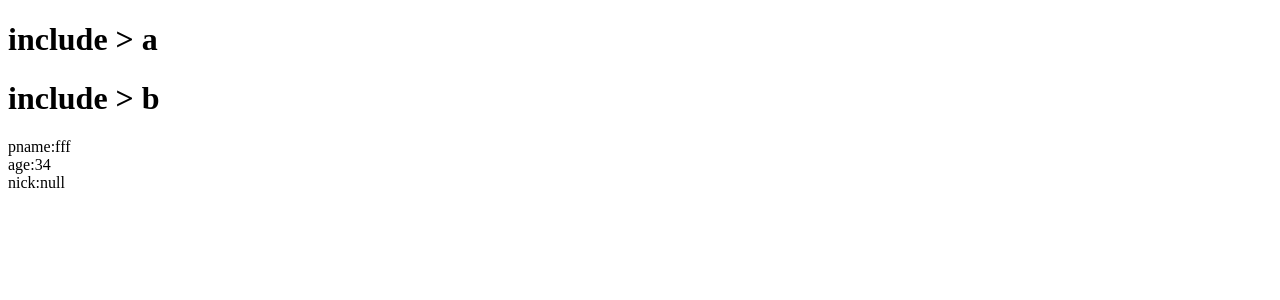
Repository: Jamikidu/newJsp
Page: http://localhost/jspProj/include/a.jsp
An editor plug-in stored every save of this project. The page is shown before and after the next save, followed by the edit.
The browser window is 1280 px wide. The pictures show the whole page.
The page is served by Tomcat 9. Other server files are loaded and not shown.

Above is the page before, as saved 2023-08-02 01:43:56.

### jspProj/src/main/webapp/include/a.jsp
<%@ page language="java" contentType="text/html; charset=UTF-8"
    pageEncoding="UTF-8"%>
<!DOCTYPE html>
<html>
<head>
<meta charset="UTF-8">
<title>include > a</title>
</head>
<body>
<h1>include > a</h1>
<script type="text/javascript">
	alert("돌아왔구나 칠태식이");
</script>
<%
	request.setAttribute("pname", "fff");

%>
<jsp:include page="b.jsp?age=34" />
</body>
</html>

### jspProj/src/main/webapp/include/b.jsp
<%@ page language="java" contentType="text/html; charset=UTF-8"
    pageEncoding="UTF-8"%>
<!DOCTYPE html>
<html>
<head>
<meta charset="UTF-8">
<title>include > b</title>
</head>
<body>
<h1>include > b</h1>
pname:<%=request.getAttribute("pname") %><br/>
age:<%=request.getParameter("age") %><br/>
nick:<%=request.getParameter("nick") %><br/>
</body>
</html>

After the next save:
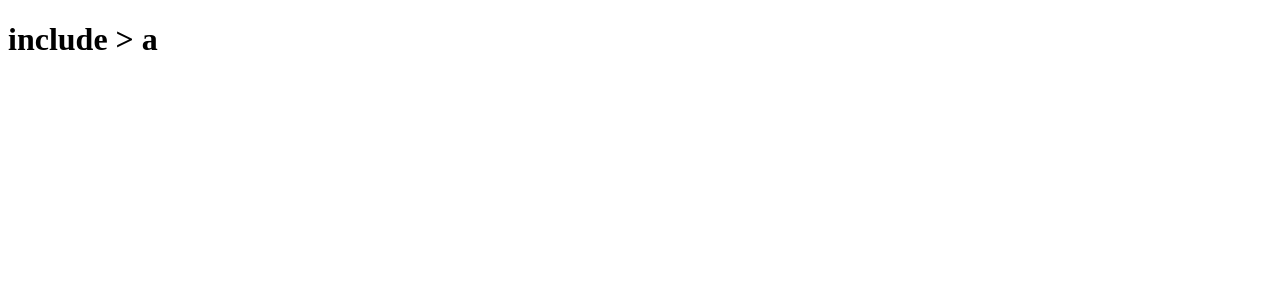
Saved 21 min 40 s later.
--- a/jspProj/src/main/webapp/include/a.jsp
+++ b/jspProj/src/main/webapp/include/a.jsp
@@ -15,6 +15,6 @@
 	request.setAttribute("pname", "fff");
 
 %>
-<jsp:include page="b.jsp?age=34" />
+<%-- <jsp:include page="b.jsp?age=34" /> --%>
 </body>
 </html>

After the save that followed:
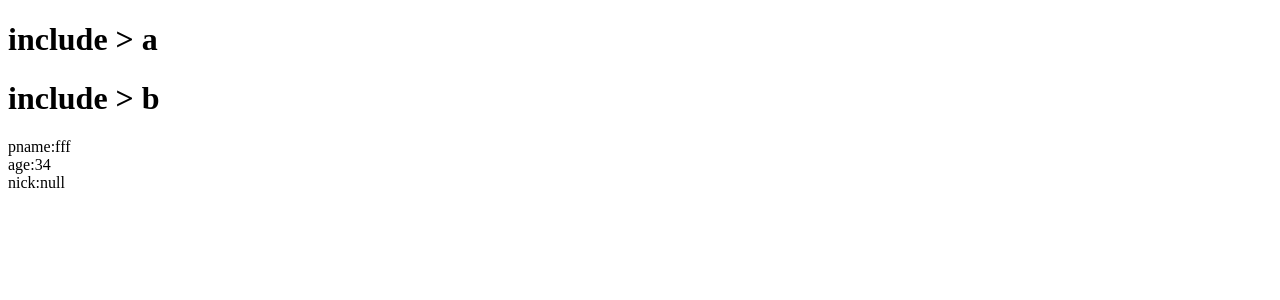
Saved 8 s later.
--- a/jspProj/src/main/webapp/include/a.jsp
+++ b/jspProj/src/main/webapp/include/a.jsp
@@ -15,6 +15,6 @@
 	request.setAttribute("pname", "fff");
 
 %>
-<%-- <jsp:include page="b.jsp?age=34" /> --%>
+<jsp:include page="b.jsp?age=34" />
 </body>
 </html>
